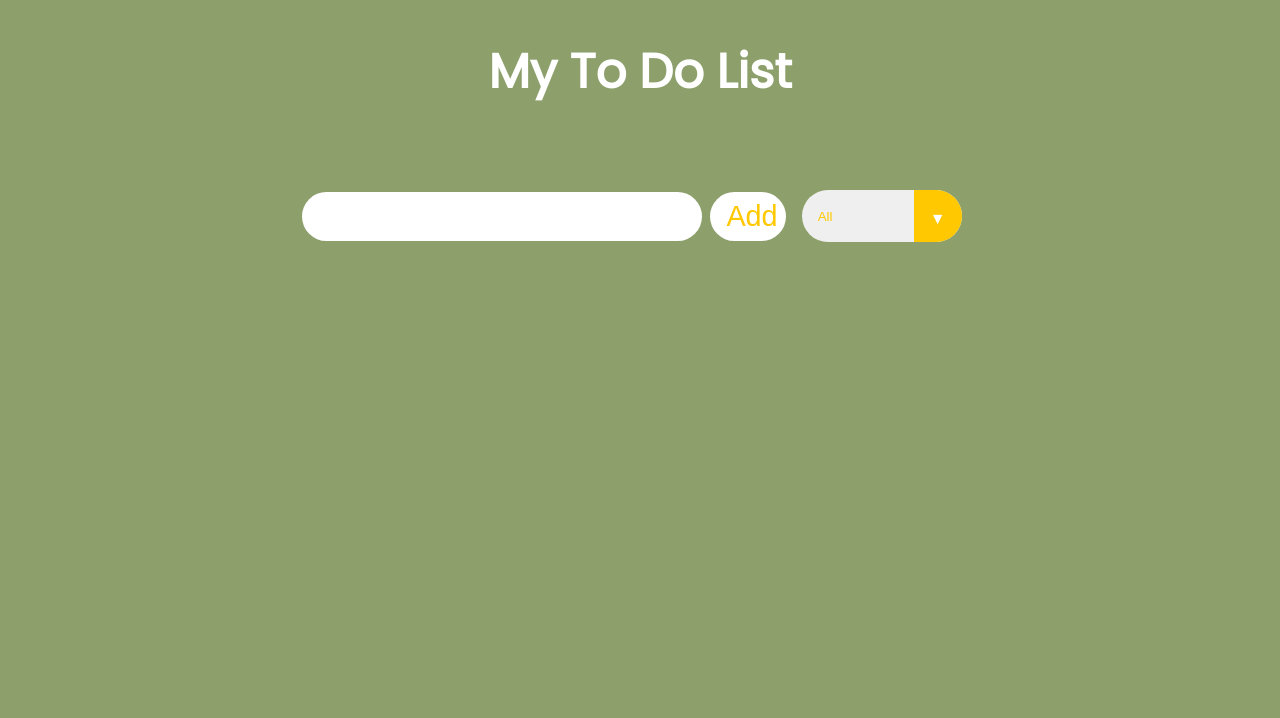
Repository: batonAnton/todo_list_local_storage
Page: index.html
These files come from the project's save history. The page is drawn as it stood at one moment and after the next save; the edit follows.
The browser window is 1280 px wide. The pictures show the whole page.

Above is the page before, as saved 2023-01-29 21:26:28.

After the next save:
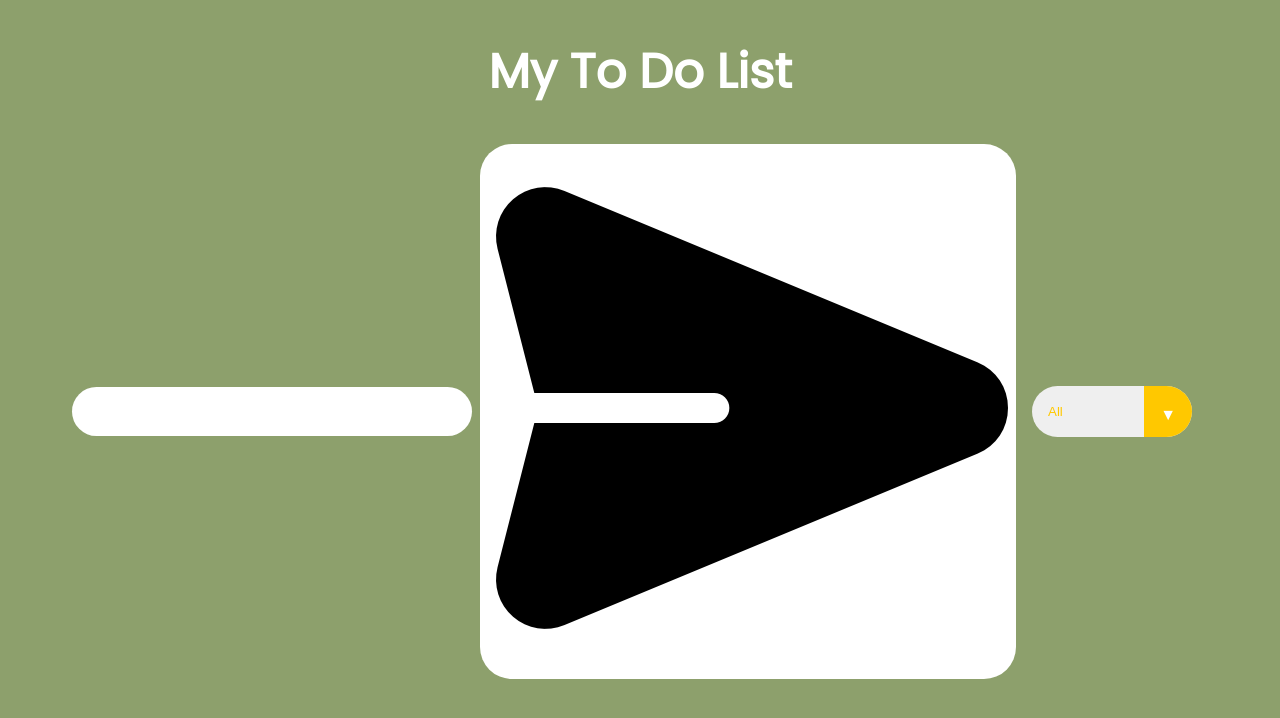
Saved 9 min 13 s later.
--- a/index.html
+++ b/index.html
@@ -22,7 +22,7 @@
         <input type="text" class="todo-input">
         <button class="todo-button" type="submit">
             <!-- <i class="fas fa-plus-circle fa-lg"></i> -->
-            Add
+            <img src="./img/send_img.png" alt="">
         </button>
         <div class="select">
             <select name="todos" class="filter-todo">
